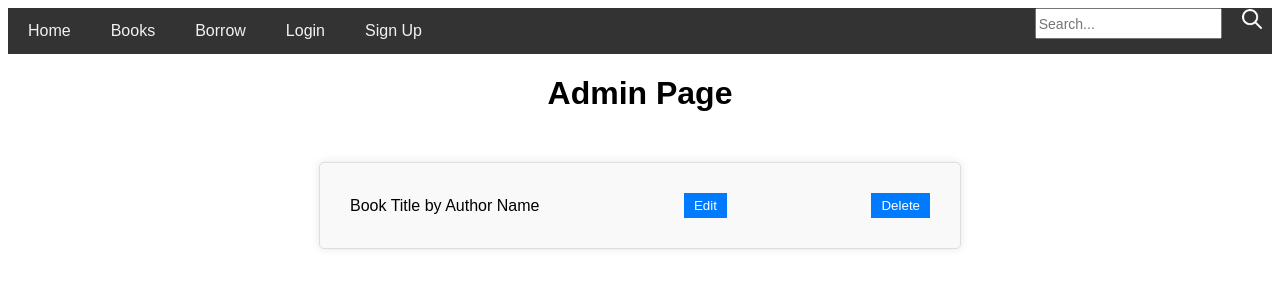
Repository: fadyesk12/Web-Technology-Course-Project
Page: auth/admin.html
These files come from the project's save history. The page is drawn as it stood at one moment and after the next save; the edit follows.
The browser window is 1280 px wide. The pictures show the whole page.

Above is the page before, as saved 2024-04-20 09:39:30.

### auth/admin.html
<!DOCTYPE html>
<html lang="en">

<head>
    <meta charset="UTF-8">
    <meta name="viewport" content="width=device-width, initial-scale=1.0">
    <title>Admin Page</title>
    <link rel="stylesheet" href="../Styling/admin.css">
</head>

<body>
    <div id="navbar">
        <a href="../index.html">Home</a>
        <a href="../book_list.html">Books</a>
        <a href="../borrow.html">Borrow</a>
        <a href="../auth/login.html">Login</a>
        <a href="../auth/signup.html">Sign Up</a>
        <div class="search">
            <form action="" method="get">
                <input type="text" placeholder="Search...">
                <button type="submit"><img src="../PICS/search.png"></button>
            </form>
        </div>
    </div>
    <h1>Admin Page</h1>
    <div class="container">
        <div id="bookList">
            <div class="book-row">
                <span>Book Title by Author Name</span>
                <button>Edit</button>
                <button>Delete</button>
            </div>
        </div>
    </div>
</body>

</html>

### Styling/admin.css
#navbar {
    overflow: hidden;
    background-color: #333;
}

#navbar a {
    float: left;
    display: block;
    color: #f2f2f2;
    text-align: center;
    padding: 14px 20px;
    text-decoration: none;
}

#navbar a:hover {
    background-color: #ddd;
    color: black;
}

body {
    font-family: Arial, sans-serif;
}

.container {
    max-width: 600px;
    margin: 50px auto;
    padding: 20px;
    border: 1px solid #ddd;
    border-radius: 5px;
    background-color: #f9f9f9;
    box-shadow: 0 0 10px rgba(0, 0, 0, 0.1);
}


label {
    display: block;
    font-weight: bold;
    margin-bottom: 5px;
}

h1,
h2 {
    text-align: center;
}

#bookList {
    width: 100%;
    max-width: 600px;
    margin: 0 auto;
}

.book-row {
    display: flex;
    justify-content: space-between;
    align-items: center;
    padding: 10px;
    border-bottom: 1px solid #ccc;
}

.book-row:last-child {
    border-bottom: none;
}

button {
    margin-left: 10px;
    background-color: #007bff;
    color: white;
    border: none;
    padding: 5px 10px;
    cursor: pointer;
}

button:hover {
    background-color: #0056b3;
}

.search {
    float: right;
}

.search input {
    width: 75%;
    height: 25px;
    font-size: 14px;
}

.search img {
    width: 20px;
}

.search button {
    background-color: #333;
    border: 0;
    height: 25px;
    padding: 0 10px;
}

.search form {
    display: flex;
    justify-content: flex-end;
}

After the next save:
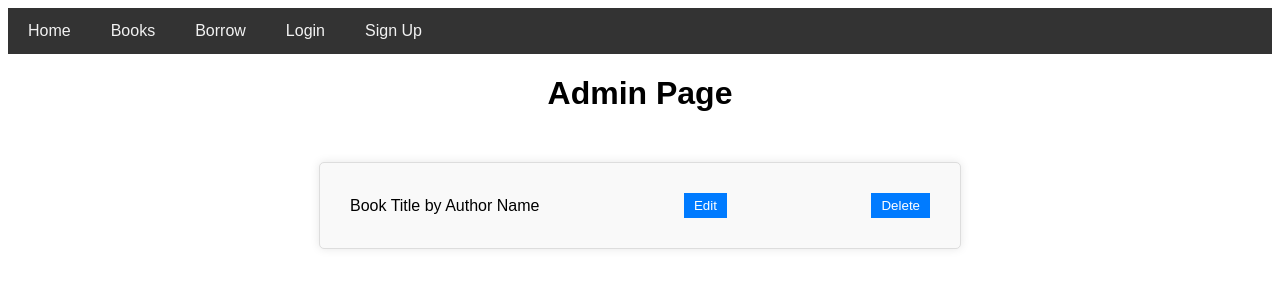
Saved 31 s later.
--- a/auth/admin.html
+++ b/auth/admin.html
@@ -15,12 +15,6 @@
         <a href="../borrow.html">Borrow</a>
         <a href="../auth/login.html">Login</a>
         <a href="../auth/signup.html">Sign Up</a>
-        <div class="search">
-            <form action="" method="get">
-                <input type="text" placeholder="Search...">
-                <button type="submit"><img src="../PICS/search.png"></button>
-            </form>
-        </div>
     </div>
     <h1>Admin Page</h1>
     <div class="container">
